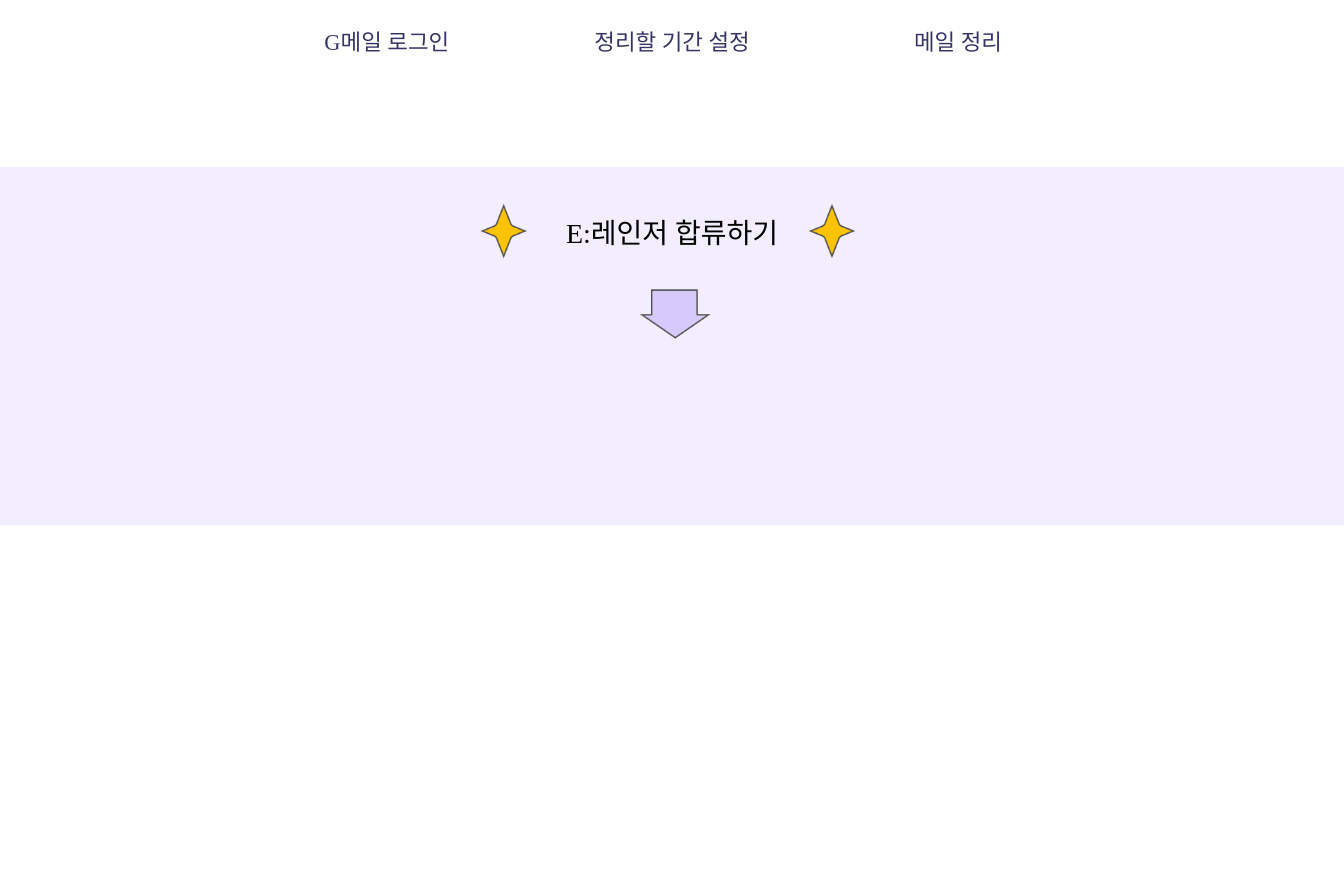
Repository: Sopkathon-30th-2/frontend
Page: /
An editor plug-in stored every save of this project. The page is shown before and after the next save, followed by the edit.
The browser window is 1280 px wide. The page is 1920 px wide, so the pictures cover 1920 px, including what lies to the right of the window. The pictures show the part of the page from y = 3484 to 4764 px (the page is 7912 px tall before and 4235 px after), at 70% of full size.
The project was rebuilt for these pictures with package versions that can differ from the ones it lists, and the page was loaded fresh each time. Also part of the build but not shown: src/components/common/ErrorBoundary.jsx, src/components/common/ErrorComponent.jsx, src/components/common/Loading.jsx, src/utils/wrapPromise.js, src/lib/index.js, src/pages/Sample.jsx, src/pages/ResultPage.jsx, src/components/common/Header.jsx and 1 more.

Above is the page before, as saved 2022-05-22 07:40:55.

After the next save:
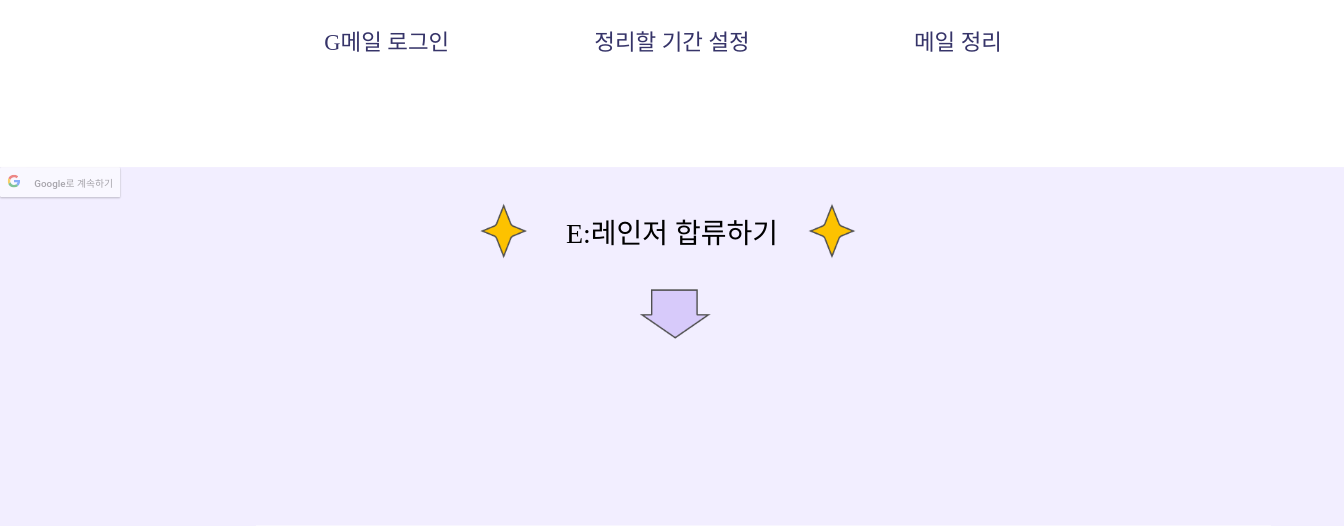
Saved 85 s later.
--- a/src/pages/MainPage.jsx
+++ b/src/pages/MainPage.jsx
@@ -166,13 +166,6 @@
 
 const Googlebtn = styled.div`
   position: absolute;
-  width: 44.8rem;
-  height: 40rem;
-  margin-top: 378.9rem;
-  margin-left: 73.6rem;
-  font-size: 4rem;
-  text-align: center;
-  z-index: 1;
 `;
 
 function MainPage() {
